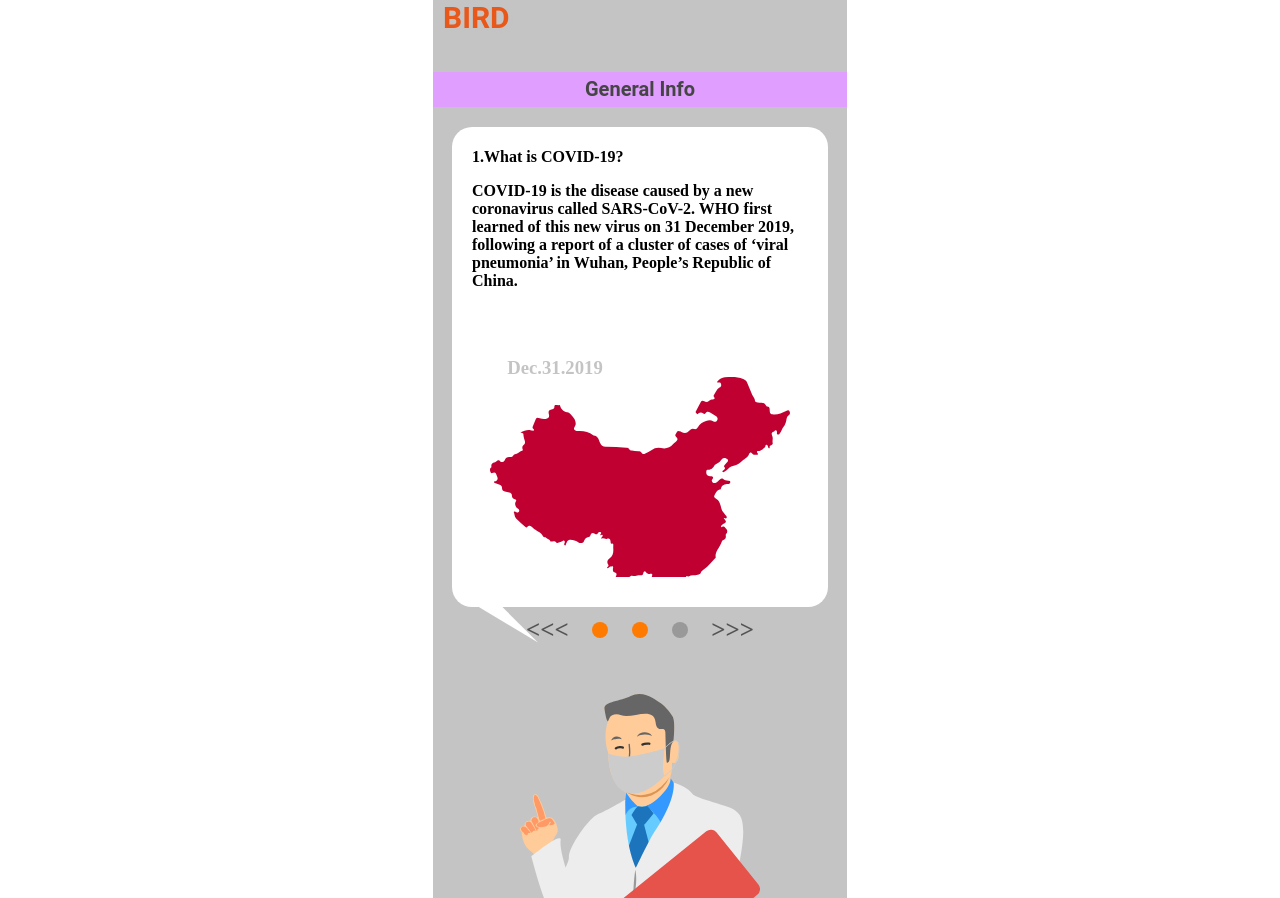
Repository: Levic559/BIRD
Page: General_info-1/2.html
An editor plug-in stored every save of this project. The page is shown before and after a run of saves, followed by the edit.
The browser window is 1280 px wide. The pictures show the whole page.

Above is the page before, as saved 2021-03-10 22:07:07.

### General_info-1/2.html
<!DOCTYPE html>
<html lang="en">
<head>
  <meta charset="UTF-8">
  <meta http-equiv="X-UA-Compatible" content="IE=edge">
  <meta name="viewport" content="width=device-width, initial-scale=1.0">
  <title>General Info 1-1</title>
  <link rel="stylesheet" href="../General_info_structure/mystyle.css">
</head>
<body>
  <div class="wrap">
    <div class="pages">
      <div class="header"></div>
      <div class="banner"></div>
      <div class="infographic">
        <h4 class="infographicQ"> 1.What is COVID-19?<br>
          <p>

            COVID-19 is the disease caused by a new coronavirus called SARS-CoV-2.  WHO first learned of this new virus on 31 December 2019, following a report of a cluster of cases of ‘viral pneumonia’ in Wuhan, People’s Republic of China.

          </p>
        </h4>
        <p class="infographicText"><h3 class="head">Dec.31.2019</h3>
        </p>
        <div class="infographicImg">
          <img src="../assets/wuhan.svg">
        </div>
        <div class="infographicImg5">
          <img src="../assets/virus.svg">
        </div>
        <div class="infographicImg6">
          <img src="../assets/virus.svg">
        </div>
        <div class="infographicImg7">
          <img src="../assets/virus.svg">
        </div>
      </div>
      <div class="triangle">
        <img src="../assets/chat-triangle.svg" class="triangleimg">
      </div>
      <div class="BtnPages"></div>
      <div class="Speaker">
        <img src="../assets/doctor-hand.svg" onmouseover="HandleDoctorOn()"
        onmouseout="HandleDoctorOut()" class="doctor">
      </div>
    </div>
</div>
</body>
<script src="../comps/Logo/index.js"></script>
<script src="../comps/Banner/index.js"></script>
<script src="../comps/BtnPages/index.js"></script>
<script src="1.js"></script>
<script>
        function HandleDoctorOn ()
  {
    document.querySelector(".doctor").src ="../assets/doctor.svg"
    document.querySelector(".doctor").style.width = "100%"
    document.querySelector(".doctor").style.height = "100%"
  }
  function HandleDoctorOut ()
  {
    document.querySelector(".doctor").src ="../assets/doctor-hand.svg"
    document.querySelector(".doctor").style.width = ""
    document.querySelector(".doctor").style.height = ""

  }
</script>
</html>

### General_info_structure/mystyle.css
body {
  margin: 0;
  padding: 0;
}

.wrap{
  width: 100vw;
  height: 100vh;
  box-sizing: border-box;
  position: relative;
  display: flex;
  flex-direction: row;
}
.pages{
  margin: 0 auto;
  width: 414px;
  height: 898px;
  display: flex;
  flex-direction: column;
  background-color: #C4C4C4;
  overflow: hidden;
}
.header{
  width: 414px;
  height: 85px;
  padding-left: 10px;
}
.banner{
  width: 414px;
  height: 35px;
  margin: 0 ;
  padding: 0;
}
.bgcWhite{
  background-color: #fff;
}

.infographic {
  width: 376px;
  min-height: 480px;
  max-height: 480px;
  margin-top: 20px;
  background-color: white;
  border-radius: 20px;
  align-self: center;
  display: flex;
  flex-direction: column;
  align-items: center;
  justify-content: space-between;
}

.triangle {
  width: 70px;
  height: 70px;
  overflow: hidden;
  position: relative;
  left: 35px;
  bottom: 15px;
}

.triangleimg {
  width: 100%;
  height: 100%;
}

.BtnPages {
  align-self: center;
  position: relative;
  bottom: 50px;
}

.Speaker {
  width: 240px;
  height: 240px;
  overflow: hidden;
  align-self: center;
}
.head{
  color: #C4C4C4;
  position: absolute;
  margin-right: 170px;
  margin-top: 230px;

}

.infographicImg{

  width: 300px;
  height: 200px;
  overflow: hidden;
  position: absolute;
  margin-top: 250px;
}
.infographicImg2{
  width: 35px;
  height: 35px;
  position: absolute;
  margin-top: 280px;
  margin-right: 255px;
  overflow: hidden;
}
.infographicImg3{
  width: 75px;
  height: 75px;
  position: absolute;
  margin-top: 300px;
  margin-right: 150px;
  overflow: hidden;
}
.infographicImg4{
  width: 30px;
  height: 30px;
  position: absolute;
  margin-top: 270px;
  margin-right: 60px;
  overflow: hidden;
}
.infographicImg2{
  width: 35px;
  height: 35px;
  position: absolute;
  margin-top: 280px;
  margin-right: 255px;
  overflow: hidden;
}
.infographicImg3{
  width: 75px;
  height: 75px;
  position: absolute;
  margin-top: 300px;
  margin-right: 150px;
  overflow: hidden;
}
.infographicImg4{
  width: 30px;
  height: 30px;
  position: absolute;
  margin-top: 270px;
  margin-right: 60px;
  overflow: hidden;
}

.infographicQ {
  padding-left: 20px;
  padding-right: 20px;
}

.infographicText {
  font-size: 30px;
  padding-left: 20px;
  padding-right: 20px;
}

### comps/Logo/index.js
function LogoUI(fontSize="84",fontWeight="700", Scolor="grey"){
  return`
  <div style="
  font-size:${fontSize}px;
  font-weight:${fontWeight};
  font-family: Roboto;
  position:absolute;
  color:#E95719;
  text-shadow:3px 3px 3px ${Scolor} ;
  transition: opactity 0.3s; left 0.5s;
  opacity:1;
  onmouseover="LogoUI.HandleMouseover(this)";
  onmouseout="LogoUI.HandleMouseout(this)";
  onclick="LogoUI.Handleclick(this)";
  >BIRD</div>

  `
}

LogoUI.HandleMouseover = (el) =>{
  el.style.opacity = 0.75;
}

LogoUI.HandleMouseout = (el) =>{
  el.style.opacity = 1;
}

LogoUI.Handleclick = (el) =>{
  el.style.top = "-20px";
  el.style.fontSize="550%";
}

// export  const Logo = LogoUI();

### comps/Banner/index.js
function BannerUI(text="Covid-19"){
  return`
  <div style="
  width:414px;
  height:35px;
  font-size:20px;
  line-height: 35px;
  text-align: center;
  font-weight:700;
  font-family: Roboto;
  background-color:#E09EFF;
  color:#454545;
  ">${text}</div>

  `
}

// export  const Banner = BannerUI();

### comps/BtnPages/index.js
function BtnPagesUI (circleTwo="#9A9999", circleThree="#9A9999", lastPage="../General_info_structure/General_info-1.html", nextPage="../General_info_structure/General_info-1.html")
{
    return`
        <div style="
            display: flex;
            flex-direction: row;
            max-width: 228px;
            min-width: 228px;
            justify-content: space-between;
            align-items: center;
        ">
            <div style="
                font-size: 25px;
                font-weight: bold;
                color: #545454;
                transition: text-shadow 0.3s;
            "
            onmouseover='BtnPagesUI.HandleMouseOver1(this)'
            onmouseout='BtnPagesUI.HandleMouseOut1(this)'
            onclick='window.location.href="${lastPage}"'
            > <<< </div>

            <div style="
                width: 16px;
                height: 16px;
                border-radius: 50%;
                background-color: #FF7A00;
                transition: border 0.3s;
            "
            onmouseover='BtnPagesUI.HandleMouseOver2(this)'
            onmouseout='BtnPagesUI.HandleMouseOut2(this)'
            onclick='window.location.href="../General_info-1/1.html"'
            ></div>
            <div style="
                width: 16px;
                height: 16px;
                border-radius: 50%;
                background-color: ${circleTwo};
                transition: border 0.3s;
            "
            onmouseover='BtnPagesUI.HandleMouseOver2(this)'
            onmouseout='BtnPagesUI.HandleMouseOut2(this)'
            onclick='window.location.href="../General_info-3/1.html"'
            ></div>
            <div style="
                width: 16px;
                height: 16px;
                border-radius: 50%;
                background-color: ${circleThree};
                transition: border 0.3s;
            "
            onmouseover='BtnPagesUI.HandleMouseOver2(this)'
            onmouseout='BtnPagesUI.HandleMouseOut2(this)'
            onclick='window.location.href="../General_info-5/1.html"'
            ></div>

            <div style ="
                font-size: 25px;
                font-weight: bold;
                color: #545454;
                transition: text-shadow 0.3s;
            "
            onmouseover='BtnPagesUI.HandleMouseOver1(this)'
            onmouseout='BtnPagesUI.HandleMouseOut1(this)'
            onclick='window.location.href="${nextPage}"'
            > >>> </div>
        </div>
    `
}

BtnPagesUI.HandleMouseOver1 = (el) => {
    el.style.textShadow = "0px 0px 3px black"
}

BtnPagesUI.HandleMouseOut1 = (el) => {
    el.style.textShadow = "0px 0px 0px #545454"
}

BtnPagesUI.HandleMouseOver2 = (el) => {
    el.style.border = " 2px solid #545454"
}
BtnPagesUI.HandleMouseOut2 = (el) => {
    el.style.border = " 0px solid #545454"
}



//export const BtnPages = BtnPagesUI()

### General_info-1/1.js
document.querySelector(".header").innerHTML += LogoUI(30,700, "#C4C4C4");
document.querySelector(".banner").innerHTML += BannerUI("General Info");
document.querySelector(".BtnPages").innerHTML += BtnPagesUI("#FF7A00", "#9A9999");

After the next 3 saves:
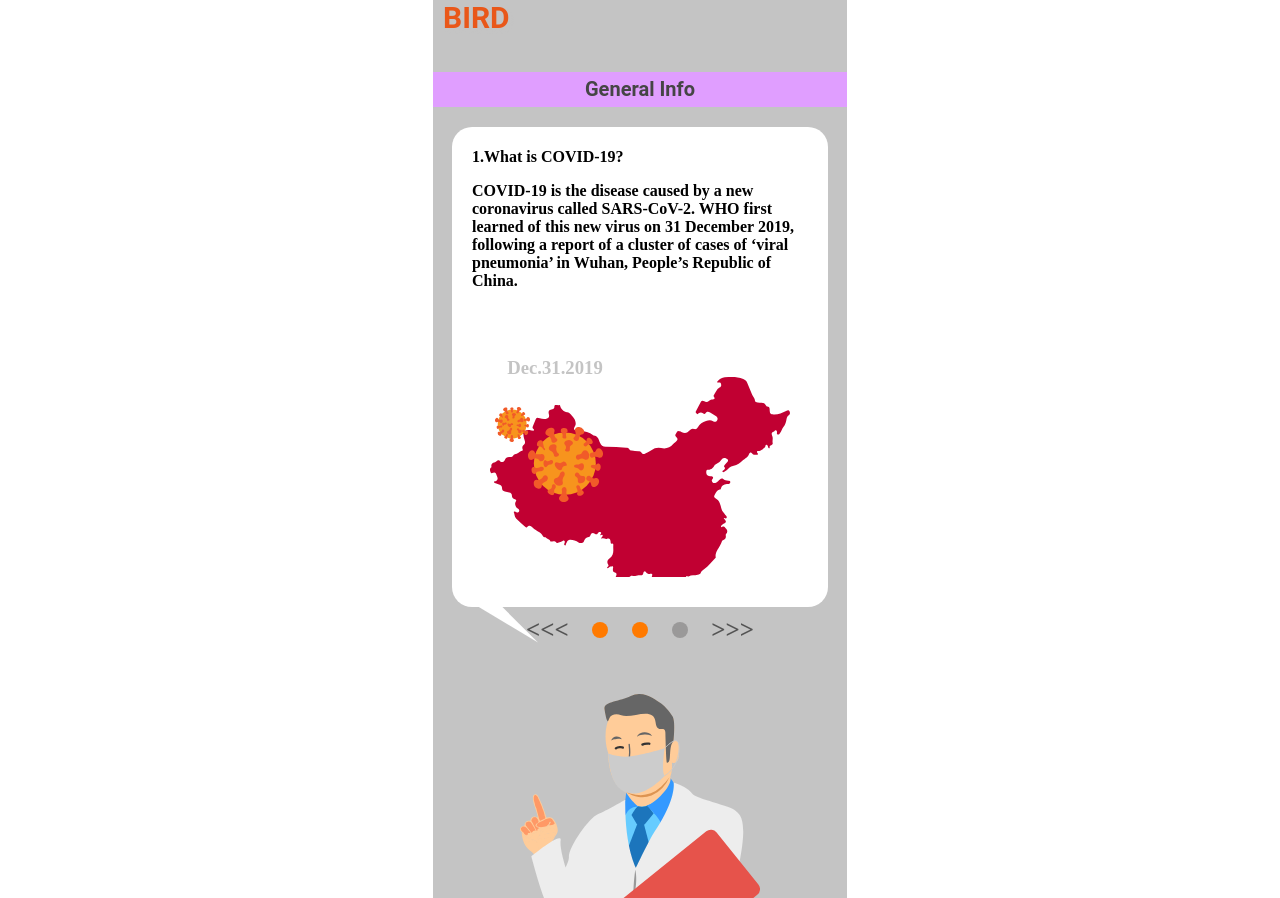
The 3 saves are shown as one change because they came seconds apart.
The last was saved 92 s later.
--- a/General_info_structure/mystyle.css
+++ b/General_info_structure/mystyle.css
@@ -115,7 +115,7 @@ body {
   margin-right: 60px;
   overflow: hidden;
 }
-.infographicImg2{
+.infographicImg5{
   width: 35px;
   height: 35px;
   position: absolute;
@@ -123,7 +123,7 @@ body {
   margin-right: 255px;
   overflow: hidden;
 }
-.infographicImg3{
+.infographicImg6{
   width: 75px;
   height: 75px;
   position: absolute;
